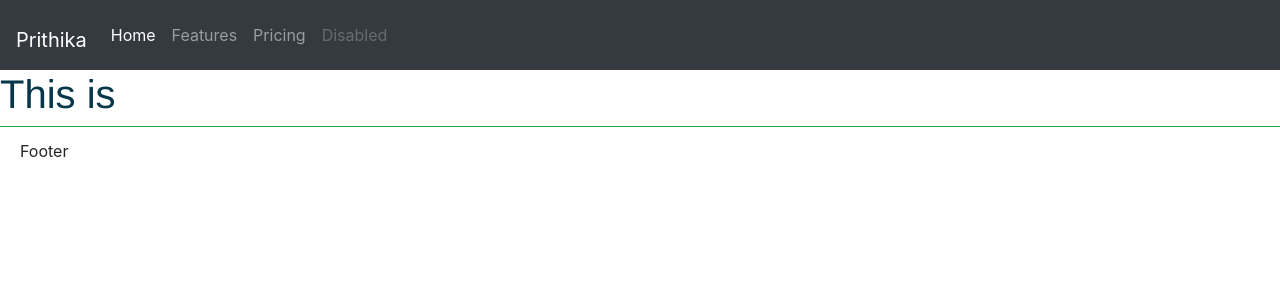
Repository: Imprasna/pritk
Page: index.html
An editor plug-in stored every save of this project. The page is shown before and after the next save, followed by the edit.
The browser window is 1280 px wide. The pictures show the whole page.

Above is the page before, as saved 2021-12-15 14:15:42.

### index.html
<!DOCTYPE html>
<html lang="en">

<head>
    <meta charset="UTF-8">
    <meta http-equiv="X-UA-Compatible" content="IE=edge">
    <meta name="viewport" content="width=device-width, initial-scale=1.0">
    <link rel="stylesheet" href="style.css">
    <link rel="stylesheet" href="https://cdn.jsdelivr.net/npm/bootstrap@4.6.1/dist/css/bootstrap.min.css" integrity="sha384-zCbKRCUGaJDkqS1kPbPd7TveP5iyJE0EjAuZQTgFLD2ylzuqKfdKlfG/eSrtxUkn" crossorigin="anonymous">
    <title>Prithika</title>
</head>

<body>

    <header>
        <nav class="navbar navbar-expand-lg navbar-dark bg-dark">
            <a class="navbar-brand" href="#">Prithika</a>
            <button class="navbar-toggler" type="button" data-toggle="collapse" data-target="#navbarNav" aria-controls="navbarNav" aria-expanded="false" aria-label="Toggle navigation">
              <span class="navbar-toggler-icon"></span>
            </button>
            <div class="collapse navbar-collapse" id="navbarNav">
              <ul class="navbar-nav">
                <li class="nav-item active">
                  <a class="nav-link" href="#">Home <span class="sr-only">(current)</span></a>
                </li>
                <li class="nav-item">
                  <a class="nav-link" href="#">Features</a>
                </li>
                <li class="nav-item">
                  <a class="nav-link" href="#">Pricing</a>
                </li>
                <li class="nav-item">
                  <a class="nav-link disabled">Disabled</a>
                </li>
              </ul>
            </div>
          </nav>
    </header>



    <main>
        <h1>This is </h1>
    </main>

    <footer>
        <div class="card-footer bg-transparent border-success">Footer</div>
    </footer>










    <script src="https://cdn.jsdelivr.net/npm/jquery@3.5.1/dist/jquery.slim.min.js" integrity="sha384-DfXdz2htPH0lsSSs5nCTpuj/zy4C+OGpamoFVy38MVBnE+IbbVYUew+OrCXaRkfj" crossorigin="anonymous"></script>
    <script src="https://cdn.jsdelivr.net/npm/popper.js@1.16.1/dist/umd/popper.min.js" integrity="sha384-9/reFTGAW83EW2RDu2S0VKaIzap3H66lZH81PoYlFhbGU+6BZp6G7niu735Sk7lN" crossorigin="anonymous"></script>
    <script src="https://cdn.jsdelivr.net/npm/bootstrap@4.6.1/dist/js/bootstrap.min.js" integrity="sha384-VHvPCCyXqtD5DqJeNxl2dtTyhF78xXNXdkwX1CZeRusQfRKp+tA7hAShOK/B/fQ2" crossorigin="anonymous"></script>
    <script src="app.js"></script>
</body>

</html>

### style.css
@import url('https://fonts.googleapis.com/css2?family=Mulish:wght@200;300;400;500;600;700&display=swap');

* {
    margin: 0;
    padding: 0;
    box-sizing: border-box;
}

html, body {
    font-family: 'Mulish', sans-serif;
    scroll-behavior: smooth;
}


.about-tools ul li, .contact-social-icons ul a li {
  text-align: center; }

.centered {
  float: none;
  margin-left: auto;
  margin-right: auto; }

.break {
  clear: both;
  margin-top: 10px; }

@media (min-width: 768px) {
  .pull-right-sm {
    float: right !important; }

  .pull-left-sm {
    float: left !important; } }
@media (min-width: 992px) {
  .pull-right-md {
    float: right !important; }

  .pull-left-md {
    float: left !important; } }
@media (min-width: 1200px) {
  .pull-right-lg {
    float: right !important; }

  .pull-left-lg {
    float: left !important; } }
* {
  box-sizing: border-box; }

/* html {
  position: relative;
  height: 100%; } */

img {
  width: 100%; }

/* body {
  height: 100%;
  font-family: "Comfortaa", Helvetica, Arial, sans-serif;
  background-color: #25b79f;
  margin-bottom: 60px; } */
  /* Margin bottom by footer height */

h1,
h2,
h3,
h4,
h5 {
  font-family: "Comfortaa", Helvetica, Arial, sans-serif;
  color: #07374a; }

p {
  font-family: "Quattrocento", sans-serif;
  color: #f0f0e6; }

body > .container-fluid {
  padding: 60px 15px 0; }

.container-fluid .text-muted {
  margin: 20px 0; }

.btn:focus, a:focus {
  outline: none !important; }

.navbar {
  height: 70px;
  background-color: transparent;
  background: transparent;
  border: none;
  color: #f0f0e6;
  z-index: 100;
  margin-bottom: 0;
  border-radius: 0;
  transition: background-color 1s ease 0s; }

.navbar-brand {
  display: none;
  margin-top: 10px;
  color: #f0f0e6;
  font-weight: 400; }

.navbar-default .navbar-nav > li > a {
  color: #f0f0e6;
  font-weight: 500;
  font-size: 1em;
  text-transform: lowercase;
  margin: 10px 5px 5px 5px;
  border-radius: 5px; }
.navbar-default .navbar-nav > li > a:hover, .navbar-default .navbar-nav > li > a:active, .navbar-default .navbar-nav > li > a:focus {
  color: #f0f0e6;
  border: 1px solid #f0f0e6; }
.navbar-default .navbar-nav > li > a:visited {
  color: #f0f0e6;
  text-decoration: none; }
.navbar-default .navbar-nav > .active > a, .navbar-default .navbar-nav > .active > a:hover, .navbar-default .navbar-nav > .active > a:focus {
  background-color: transparent;
  color: #f0f0e6; }
.navbar-default .navbar-toggle {
  border-color: #f0f0e6; }
  .navbar-default .navbar-toggle:hover, .navbar-default .navbar-toggle:focus {
    background-color: #07374a; }
  .navbar-default .navbar-toggle .icon-bar {
    color: #f0f0e6;
    background-color: #f0f0e6; }
.navbar-default .navbar-collapse.collapse.in ul {
  background-color: #07374a; }

/* Solid class attached on scroll past first section */
.navbar.solid {
  background-color: #07374a;
  transition: background-color 1s ease 0s;
  box-shadow: 0 0 4px rgba(7, 55, 74, 0.2); }
  .navbar.solid .navbar-brand {
    display: inline-block;
    color: #f0f0e6;
    transition: color 1s ease 0s; }
  .navbar.solid .navbar-nav > li > a {
    color: #f0f0e6;
    transition: color 1s ease 0s; }

.cover {
  padding: 10% 0 10% 0; }
  .cover.top {
    padding: 15% 0 10% 0;
    height: 100vh;
    display: flex;
    background-color: #25b79f; }
  .cover.bottom {
    padding: 10% 0 10% 0; }

.headline {
  padding-top: 6.25em; }
  @media screen and (min-width: 768px) {
    .headline {
      padding-top: 3.75em; } }
  @media screen and (min-width: 992px) {
    .headline {
      padding-top: 1.5625em; } }
  @media screen and (min-width: 1200px) {
    .headline {
      padding-top: 0px; } }

#about {
  background-color: #07374a; }
  #about h2 {
    color: #25b79f; }

.profile-img {
  margin-bottom: 15px;
  width: 120px; }

.about, .about-info, .about-tools, .about-last {
  padding: 4% 10% 1% 10%;
  font-size: 1.25em; }
  .about-tools {
    padding-top: 4.375em;
    font-weight: 700;
    font-size: 1.5em; }
    @media screen and (min-width: 992px) {
      .about-tools {
        padding-top: 5.625em; } }
    .about-tools ul:first-child {
      padding-left: 0px; }
    .about-tools ul {
      color: #25b79f;
      list-style: none; }
      .about-tools ul li {
        padding-top: 0.75em; }
  .about-last {
    padding-top: 3.125em;
    padding-bottom: 0;
    font-size: 1.125em; }
    @media screen and (min-width: 992px) {
      .about-last {
        padding-top: 0; } }
    .about-last p {
      color: #25b79f; }

#portfolio {
  background-color: #25b79f; }
  #portfolio h2 {
    padding-bottom: 1.25em; }

@media screen and (min-width: 768px) {
  .portfolio-projects {
    margin-top: 0.625em; } }
.portfolio-projects--title {
  margin-top: 0.9375em; }
  @media screen and (min-width: 768px) {
    .portfolio-projects--title {
      margin-top: 20%; } }
  @media screen and (min-width: 1200px) {
    .portfolio-projects--title {
      margin-top: 5%; } }
@media screen and (min-width: 768px) {
  .portfolio-projects--desc {
    margin-top: 10%;
    margin-bottom: 10%; } }
.portfolio-projects--btn {
  background: transparent;
  color: #07374a;
  border: 1px solid #07374a;
  border-radius: 5px;
  margin-bottom: 1.25em; }
  .portfolio-projects--btn:hover {
    background: #07374a;
    color: #f0f0e6; }
.portfolio-projects--image {
  margin-bottom: 1.875em;
  padding-top: 5%; }

#contact {
  background-color: #07374a; }
  #contact h2 {
    color: #25b79f; }

.contact-social-icons p {
  color: #25b79f; }
.contact-social-icons ul a {
  color: #25b79f;
  list-style: none; }
  .contact-social-icons ul a:hover {
    color: #f0f0e6; }
  .contact-social-icons ul a li {
    display: inline-block;
    padding: 2%; }

.footer {
  bottom: 0;
  width: 100%;
  /* Set the fixed height of the footer here */
  height: 30px;
  background-color: #07374a;
  color: #f0f0e6; }

#scrollIcon, #scrollTopIcon {
  margin-top: 200px;
  padding: 10px;
  font-size: 1.5em;
  color: #07374a;
  border: solid 2px #07374a;
  border-radius: 50%; }

#scrollTopIcon {
  margin-top: 10px;
  font-size: 1em;
  color: #f0f0e6;
  border-color: #f0f0e6; }

.back-to-top {
  display: none; }
  .back-to-top.visible {
    display: block; }

### app.js
$(document).ready(function() {

    // Transition effect for navbar and back-to-top icon
    $(window).scroll(function() {
      // checks if window is scrolled more than 500px, adds/removes solid class
      if($(this).scrollTop() > 550) {
          $('.navbar').addClass('solid');
          $('.back-to-top').addClass('visible');
      } else {
          $('.navbar').removeClass('solid');
          $('.back-to-top').removeClass('visible');
      }

    });


    // Scrolling effect for Arrow icons
    $("#scrollIcon").click(function(e) {
        e.preventDefault();
        $.scrollTo($("#about"), 1000);
    });
    $("#nav-about").click(function(e) {
        e.preventDefault();
        $.scrollTo($("#about"), 1000);
    });
    $("#nav-portfolio").click(function(e) {
        e.preventDefault();
        $.scrollTo($("#portfolio"), 1000);
    });
    $("#nav-contact").click(function(e) {
        e.preventDefault();
        $.scrollTo($("#contact"), 1000);
    });
    $(".navbar-brand").click(function(e) {
        e.preventDefault();
        $.scrollTo(0, 1000);
    });

  });

After the next save:
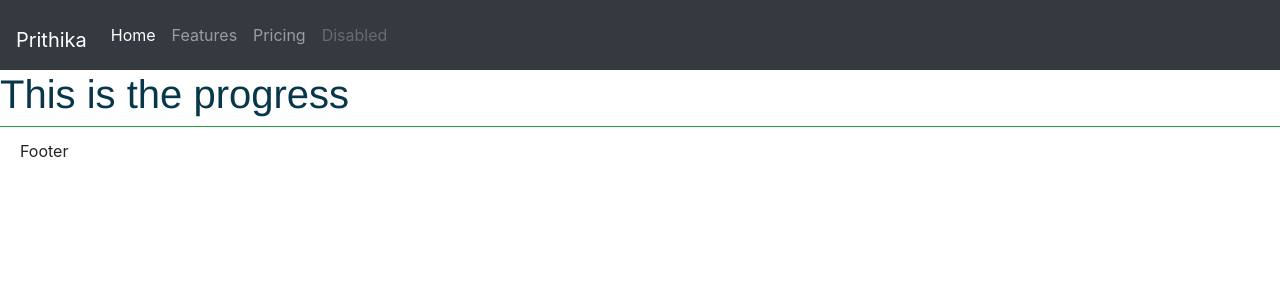
Saved 7 s later.
--- a/index.html
+++ b/index.html
@@ -40,7 +40,7 @@
 
 
     <main>
-        <h1>This is </h1>
+        <h1>This is the progress </h1>
     </main>
 
     <footer>
